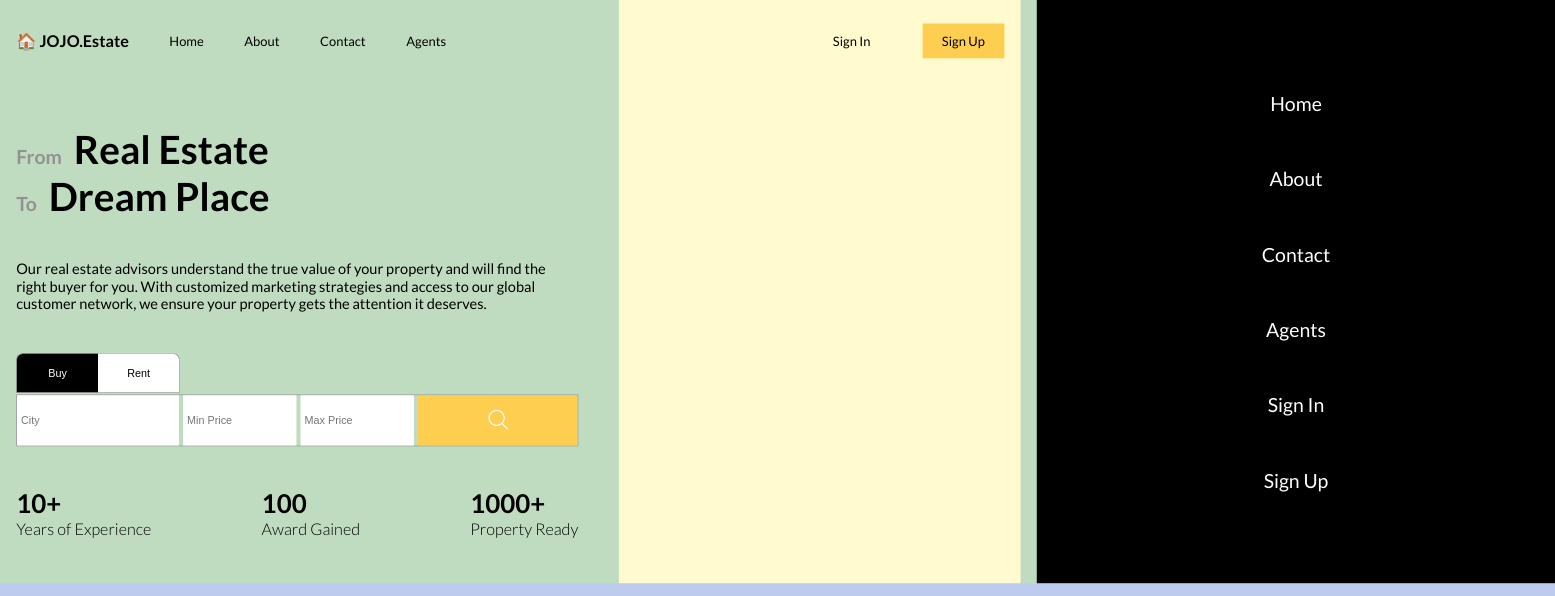
Repository: AiTrinh303/JOJO-estate
Page: /
These files come from the project's save history. The page is drawn as it stood at one moment and after the next save; the edit follows.
The browser window is 1280 px wide. The page is 1920 px wide, so the pictures cover 1920 px, including what lies to the right of the window. The pictures show the whole page, at 81% of full size.
The page's requests for data from a server got no answer. The project was rebuilt for these pictures with package versions that can differ from the ones it lists, and the page was loaded fresh each time. No one was signed in, and anything a server would have sent is missing. Also part of the build but not shown: vite.config.js, src/lib/dummydata.js, src/routes/listPage/listPage.scss, src/components/filter/filter.scss, src/components/filter/Filter.jsx, src/components/card/card.scss, src/components/card/Card.jsx, src/components/map/map.scss and 22 more. Imported but missing from the stored project, and not drawn on this page: src/components/uploadWidget/UploadWidget.

Above is the page before, as saved 2024-08-06 22:54:29.

### index.html
<!DOCTYPE html>
<html lang="en">
  <head>
    <meta charset="UTF-8" />
    <link rel="icon" type="image/svg+xml" href="/logo.png" />
    <meta name="viewport" content="width=device-width, initial-scale=1.0" />
    <title>🏠JOJO Estate App</title>
    <meta name="description" content="Buy, Sell and Rent Properties" />
    <link
      href="https://fonts.googleapis.com/css2?family=Lato:ital,wght@0,100;0,300;0,400;0,700;0,900;1,100;1,300;1,400;1,700;1,900&display=swap"
      rel="stylesheet"
    />
  </head>
  <body>
    <div id="root"></div>
    <script type="module" src="/src/main.jsx"></script>
  </body>
</html>

### src/App.jsx
import HomePage from "./routes/homePage/homePage";
import { createBrowserRouter, RouterProvider } from "react-router-dom";
import ListPage from "./routes/listPage/listPage";
import { Layout, RequireAuth } from "./routes/layout/layout";
import SinglePage from "./routes/singlePage/singlePage";
import ProfilePage from "./routes/profilePage/profilePage";
import Login from "./routes/login/login";
import Register from "./routes/register/register";
import ProfileUpdatePage from "./routes/profileUpdatePage/profileUpdatePage";
import NewPostPage from "./routes/newPostPage/newPostPage";
import { listPageLoader, profilePageLoader, singlePageLoader } from "./lib/loaders";

function App() {
  const router = createBrowserRouter([
    {
      path: "/",
      element: <Layout />,
      children: [
        {
          path: "/",
          element: <HomePage />,
        },
        {
          path: "/list",
          element: <ListPage />,
          loader: listPageLoader,
        },
        {
          path: "/:id",
          element: <SinglePage />,
          loader: singlePageLoader,
        },
        {
          path: "/login",
          element: <Login />,
        },
        {
          path: "/register",
          element: <Register />,
        },
      ],
    },
    {
      path: "/",
      element: <RequireAuth />,
      children: [
        {
          path: "/profile",
          element: <ProfilePage />,
          loader: profilePageLoader
        },
        {
          path: "/profile/update",
          element: <ProfileUpdatePage />,
        },
        {
          path: "/add",
          element: <NewPostPage />,
        },
      ],
    },
  ]);

  return <RouterProvider router={router} />;
}

export default App;

### src/index.scss
*{
  padding: 0;
  margin: 0;
  box-sizing: border-box;
}

a {
  text-decoration: none;
  color: inherit;
}

body{
  font-family: "Lato", sans-serif;
  overflow: hidden;
  background-color: #bdcbee;

}

### src/routes/homePage/homePage.jsx
import { useContext } from "react";
import SearchBar from "../../components/searchBar/SearchBar";
import "./homePage.scss";
import { AuthContext } from "../../context/AuthContext";

function HomePage() {

  const {currentUser} = useContext(AuthContext)

  return (
    <div className="homePage">
      <div className="textContainer">
        <div className="wrapper">
          <h1 className="title">
            <span className="small-text">From </span>
            <span className="animated-text">Real Estate</span>
            <br />
            <span className="small-text">To </span>
            <span className="animated-text">Dream Place</span>
          </h1>
          <p>
          Our real estate advisors understand the true value of your property and will find the right buyer for you. With customized marketing strategies and access to our global customer network, we ensure your property gets the attention it deserves.
          </p>
          <SearchBar />
          <div className="boxes">
            <div className="box">
              <h1>10+</h1>
              <h2>Years of Experience</h2>
            </div>
            <div className="box">
              <h1>100</h1>
              <h2>Award Gained</h2>
            </div>
            <div className="box">
              <h1>1000+</h1>
              <h2>Property Ready</h2>
            </div>
          </div>
        </div>
      </div>
      <div className="imgContainer">
        <img src="/bg.png" alt="background" />
      </div>

    </div>
  );
}

export default HomePage;

### src/routes/layout/layout.jsx
import "./layout.scss";
import Navbar from "../../components/navbar/Navbar";
import { Navigate, Outlet } from "react-router-dom";
import { useContext } from "react";
import { AuthContext } from "../../context/AuthContext";

function Layout() {
  return (
    <div className="layout">
      <div className="navbar">
        <Navbar />
      </div>
      <div className="content">
        <Outlet />
      </div>
    </div>
  );
}

function RequireAuth() {
  const { currentUser } = useContext(AuthContext);

  if (!currentUser) return <Navigate to="/login" />;
  else {
    return (
      <div className="layout">
        <div className="navbar">
          <Navbar />
        </div>
        <div className="content">
          <Outlet />
        </div>
      </div>
    );
  }
}

export { Layout, RequireAuth };

### src/components/searchBar/SearchBar.jsx
import { useState } from "react";
import "./searchBar.scss";
import { Link } from "react-router-dom";

const types = ["buy", "rent"];

function SearchBar() {
  const [query, setQuery] = useState({
    type: "buy",
    city: "",
    minPrice: 0,
    maxPrice: 0,
  });

  const switchType = (val) => {
    setQuery((prev) => ({ ...prev, type: val }));
  };

  const handleChange = (e) => {
    setQuery((prev) => ({ ...prev, [e.target.name]: e.target.value }));
  };

  return (
    <div className="searchBar">
      <div className="type">
        {types.map((type) => (
          <button
            key={type}
            onClick={() => switchType(type)}
            className={query.type === type ? "active" : ""}
          >
            {type}
          </button>
        ))}
      </div>
      <form>
        <input
          type="text"
          name="city"
          placeholder="City"
          onChange={handleChange}
        />
        <input
          type="number"
          name="minPrice"
          min={0}
          max={10000000}
          placeholder="Min Price"
          onChange={handleChange}
        />
        <input
          type="number"
          name="maxPrice"
          min={0}
          max={10000000}
          placeholder="Max Price"
          onChange={handleChange}
        />
        <Link
          to={`/list?type=${query.type}&city=${query.city}&minPrice=${query.minPrice}&maxPrice=${query.maxPrice}`}
        >
          <button>
            <img src="/search.png" alt="" />
          </button>
        </Link>
      </form>
    </div>
  );
}

export default SearchBar;

### src/routes/homePage/homePage.scss
@import "../../responsive.scss";

.homePage {
  display: flex;
  height: 100%;

  .textContainer {
    flex: 3;

    .wrapper {
      padding-right: 100px;
      display: flex;
      flex-direction: column;
      justify-content: center;
      gap: 50px;
      height: 100%;

      @include lg{
        padding-right: 50px;
      }

      @include md{
        padding: 0;
      }

      @include sm{
        justify-content: flex-start;
      }

      .title {
        font-size: 64px;
        .small-text {
          font-size: 0.5em;
          color: #929292;
          margin-right: 10px;
        }
        .animated-text {
          display: inline-block;
          position: relative;
          animation: slide-in 2s ease-in-out;
        }
        @include lg {
          font-size: 48px;
        }
      }
      p {
        font-size: 18px;
      }

      .boxes {
        display: flex;
        justify-content: space-between;

        @include sm {
          display: none;
        }

        h1 {
          font-size: 36px;

          @include lg {
            font-size: 32px;
          }
        }

        h2 {
          font-size: 20px;
          font-weight: 300;
        }
      }
    }
  }

  .imgContainer {
    flex: 2;
    background-color: #fffbce;
    position: relative;
    display: flex;
    align-items: center;


    @include md {
      display: none;
    }

    img {
      width: 115%;
      position: absolute;
      right: -35px;
      opacity: 0;
      animation: fade-in-slide-up 2s ease-in-out forwards;

      @include lg {
        width: 105%;
      }
    }
  }


}
@keyframes slide-in {
  0% {
    opacity: 0;
    transform: translateX(-100%);
  }
  100% {
    opacity: 1;
    transform: translateX(0);
  }
}

@keyframes fade-in-slide-up {
  0% {
    opacity: 0;
    transform: translateY(50px); /* Start below */
  }
  100% {
    opacity: 1;
    transform: translateY(0); /* End at original position */
  }
}

### src/routes/layout/layout.scss
@import "../../responsive.scss";

.layout {
  height: 100vh;
  max-width: 1366px;
  margin-left: auto;
  margin-right: auto;
  padding-left: 20px;
  padding-right: 20px;
  background: rgb(192, 220, 192);

  @include lg {
    max-width: 1280px;
  }

  @include md {
    max-width: 768px;
  }

  @include sm {
    max-width: 640px;
  }

  .content {
    // flex: 1;
    height: calc(100vh - 100px);
  }
}

### src/components/navbar/Navbar.jsx
import { useContext, useState } from "react";
import "./navbar.scss";
import { Link } from "react-router-dom";
import { AuthContext } from "../../context/AuthContext";
import { useNotificationStore } from "../../lib/notificationStore";

function Navbar() {
  const [open, setOpen] = useState(false);

  const { currentUser } = useContext(AuthContext);

  const fetch = useNotificationStore((state) => state.fetch);
  const number = useNotificationStore((state) => state.number);

  if(currentUser) fetch();

  return (
    <nav>
      <div className="left">
        <a href="/" className="logo">
          <span>🏠 JOJO.Estate</span>
        </a>
        <a href="/">Home</a>
        <a href="/">About</a>
        <a href="/">Contact</a>
        <a href="/">Agents</a>
      </div>

      <div className="right">
        <a href="/">Sign In</a>
        <a href="/" className="register">Sign Up</a>
        <div className="menuIcon">
          <img
            src="/menu.png"
            alt="menu"
            onClick={() => setOpen((prev) => !prev)}/>
        </div>
        <div className={open ? "menu active" : "menu"}>
          <a href="/">Home</a>
          <a href="/">About</a>
          <a href="/">Contact</a>
          <a href="/">Agents</a>
          <a href="/">Sign In</a>
          <a href="/">Sign Up</a>
        </div>
        {/* {currentUser ? (
          <div className="user">
            <img src={currentUser.avatar || "/noavatar.jpg"} alt="" />
            <span>{currentUser.username}</span>
            <Link to="/profile" className="profile">
              {number > 0 && <div className="notification">{number}</div>}
              <span>Profile</span>
            </Link>
          </div>
        ) : (
          <>
            <a href="/login">Sign in</a>
            <a href="/register" className="register">
              Sign up
            </a>
          </>
        )}
        <div className="menuIcon">
          <img
            src="/menu.png"
            alt=""
            onClick={() => setOpen((prev) => !prev)}
          />
        </div>
        <div className={open ? "menu active" : "menu"}>
          <a href="/">Home</a>
          <a href="/">About</a>
          <a href="/">Contact</a>
          <a href="/">Agents</a>
          <a href="/">Sign in</a>
          <a href="/">Sign up</a>
        </div> */}
      </div>
    </nav>
  );
}

export default Navbar;

### src/components/searchBar/searchBar.scss
@import "../../responsive.scss";

.searchBar {
  .type {

    button {
      padding: 16px 36px;
      border: 1px solid #999;
      background-color: white;
      text-transform: capitalize;
      margin-bottom: 1px;
      width: 101px;
      cursor: pointer;

      &.active {
        background-color: black;
        color: white;

      };

      &:first-child {
        border-top-left-radius: 8px;
        border-right: none;
      };
      &:last-child {
        border-top-right-radius: 8px;
        border-left: none;
      };
    }
  }

  form {
    margin-top: 1px;
    border: 1px solid #999;
    display: flex;
    justify-content: space-between;
    height: 64px;
    gap: 5px;

    @include sm {
      flex-direction: column;
      border: none;
    };

    input {
      border: none;
      padding: 0px 10px;
      width: 200px;

      @include lg {
        padding: 0px 5px;

        &:nth-child(2),
        &:nth-child(3) {
          width: 140px;
        }
      };
      @include md {
        width: 200px;
        &:nth-child(2),
        &:nth-child(3) {
          width: 200px;
        }
      };

      @include sm{
        width: auto;
        &:nth-child(2),
        &:nth-child(3) {
          width: auto;
        }
        padding: 20px;
        border: 1px solid #999;
      }
    };

    a{
      flex: 1;
      background-color: #fece51;
      display: flex;
      align-items: center;
      justify-content: center;

      button {
        border: none;
        cursor: pointer;
        background-color: #fece51;

        @include sm{
          padding: 10px;
        }

        img {
          width: 24px;
          height: 24px;
        }
      }
    }
  }
}

### src/responsive.scss
@mixin sm {
  @media (max-width: 738px) {
    @content;
  }
};

@mixin md {
  @media (max-width: 1024px) {
    @content;
  }
};

@mixin lg {
  @media (max-width: 1366px) {
    @content;
  }
};

### src/components/navbar/navbar.scss
@import "../../responsive.scss";

nav {
  height: 100px;
  display: flex;
  justify-content: space-between;
  align-items: center;

  a {
    transition: all 0.4s ease;

    @include sm {
      display: none;
    }

    &:hover {
      scale: 1.08;
    }
  }

  .left {
    flex: 3;
    display: flex;
    align-items: center;
    gap: 50px;

    .logo {
      font-weight: bold;
      font-size: 20px;
      display: flex;
      align-items: center;
      gap: 3px;

      span {
        @include md {
          display: none;
        }

        @include sm {
          display: initial;
        }
      }
    }
  }
  .right {
    flex: 2;
    display: flex;
    align-items: center;
    justify-content: flex-end;
    background-color: #fffbce;
    ;
    height: 100%;

    @include md {
      background-color: transparent;
    }

    a {
      padding: 12px 24px;
      margin: 20px;
    }

    .user{
      display: flex;
      align-items: center;
      font-weight: bold;

      img{
        width: 40px;
        height: 40px;
        border-radius: 50%;
        object-fit: cover;
        margin-right: 20px;
      }

      span{
        @include sm{
          display: none;
        }
      }

      .profile{
        padding: 12px 24px;
        background-color: #fece51;
        cursor: pointer;
        border: none;
        position: relative;

        .notification{
          position: absolute;
          top: -8px;
          right: -8px;
          background-color: red;
          color: white;
          border-radius: 50%;
          width: 26px;
          height: 26px;
          display: flex;
          align-items: center;
          justify-content: center;
        }

      }
    }

    .register {
      background-color: #fece51;
    }

    .menuIcon {
      display: none;
      z-index: 999;

      img {
        width: 36px;
        height: 36px;
        cursor: pointer;
      }

      @include sm {
        display: inline;
      }
    }

    .menu {
      position: absolute;
      top: 0;
      right: -50%;
      background-color: black;
      color: white;
      height: 100vh;
      width: 50%;
      transition: all 1s ease;
      display: flex;
      flex-direction: column;
      align-items: center;
      justify-content: center;
      font-size: 24px;

      &.active {
        right: 0;
      }

      @include sm {
        a {
          display: initial;
        }
      }
    }
  }
}

Loaded but not shown: src/main.jsx (common file); src/context/AuthContext.jsx (common file); src/context/SocketContext.jsx (common file); src/lib/loaders.js (common file); src/lib/apiRequest.js (common file); src/lib/notificationStore.js (common file)

After the next save:
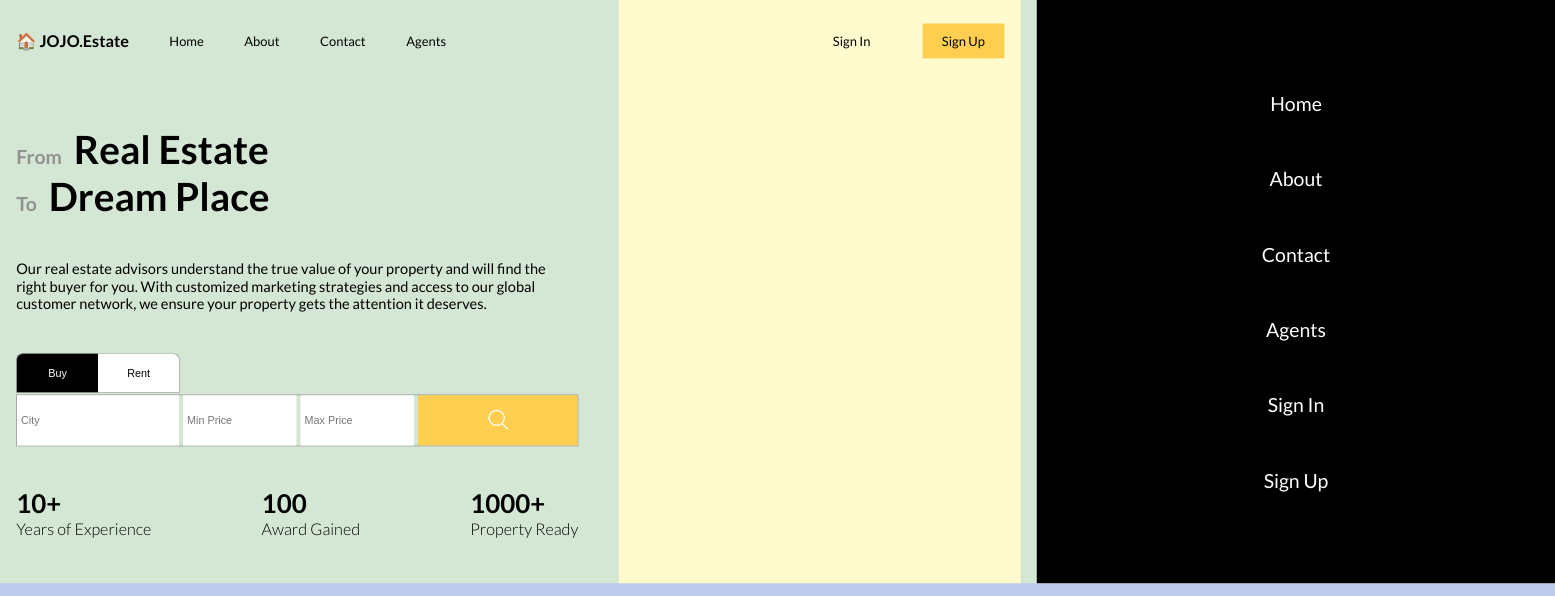
Saved 44 s later.
--- a/src/routes/layout/layout.scss
+++ b/src/routes/layout/layout.scss
@@ -7,7 +7,7 @@
   margin-right: auto;
   padding-left: 20px;
   padding-right: 20px;
-  background: rgb(192, 220, 192);
+  background: rgb(212, 230, 212);
 
   @include lg {
     max-width: 1280px;
